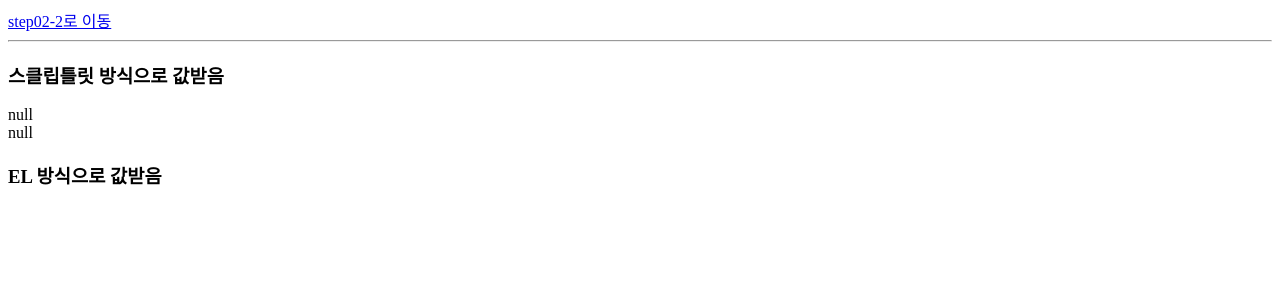
Repository: WoodongMaster/JSP_Workspace
Page: http://localhost/jstl_study/step02-3.jsp
An editor plug-in stored every save of this project. The page is shown before and after the next save, followed by the edit.
The browser window is 1280 px wide. The pictures show the whole page.
The page is served by Tomcat 9. Other server files are loaded and not shown.

Above is the page before, as saved 2023-05-09 07:19:30.

### jstl_project/jstl_study/src/main/webapp/step02-3.jsp
<%@ page language="java" contentType="text/html; charset=UTF-8"
    pageEncoding="UTF-8"%>
<!DOCTYPE html>
<html>
<head>
<meta charset="UTF-8">
<title>EL param 연습2</title>
</head>
<body>
	<a href="step02-2.jsp">step02-2로 이동</a><br>
	<hr>
	<h3>스클립틀릿 방식으로 값받음</h3>
	<%= request.getParameter("nick") %><br>
	<%= request.getParameter("age") %><br>

	<h3>EL 방식으로 값받음</h3>
	${param.nick}<br>
	${param.age}<br>



</body>
</html>

After the next save:
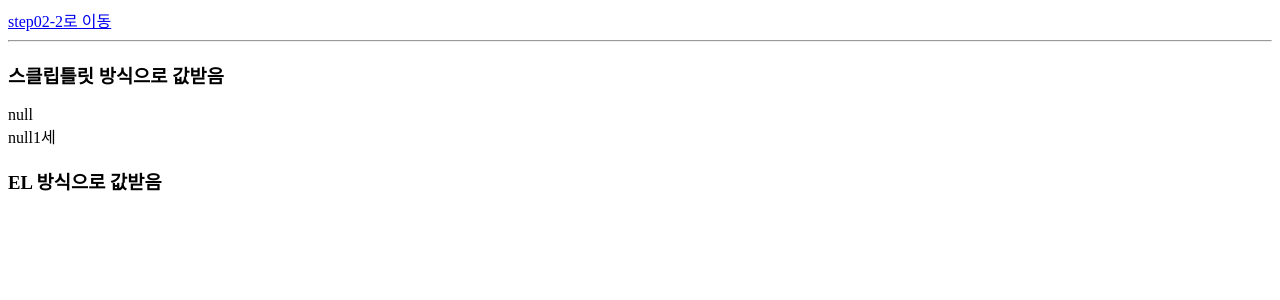
Saved 6 s later.
--- a/jstl_project/jstl_study/src/main/webapp/step02-3.jsp
+++ b/jstl_project/jstl_study/src/main/webapp/step02-3.jsp
@@ -11,7 +11,7 @@
 	<hr>
 	<h3>스클립틀릿 방식으로 값받음</h3>
 	<%= request.getParameter("nick") %><br>
-	<%= request.getParameter("age") %><br>
+	<%= request.getParameter("age")+1 %>세<br>
 
 	<h3>EL 방식으로 값받음</h3>
 	${param.nick}<br>
